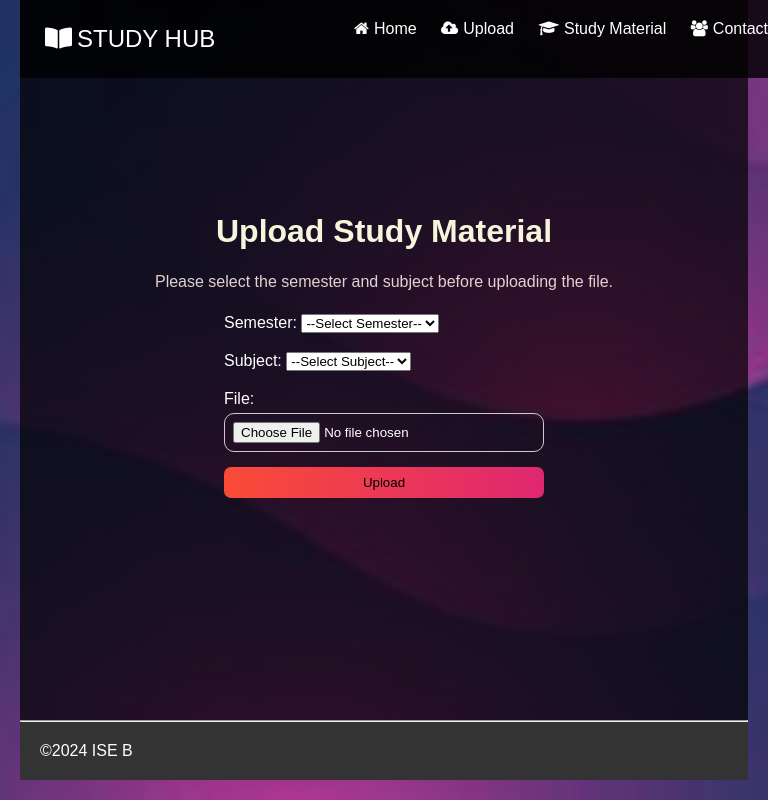
Repository: Acharya-Keerthana/Education
Page: http://localhost/upload.php
These files come from the project's save history. The page is drawn as it stood at one moment and after the next save; the edit follows.
The browser window is 768 px wide. The pictures show the whole page.
The page is run by PHP 8.4 with error messages shown; the project is at /var/www/html/.

Above is the page before, as saved 2024-04-10 11:12:52.

After the next save:
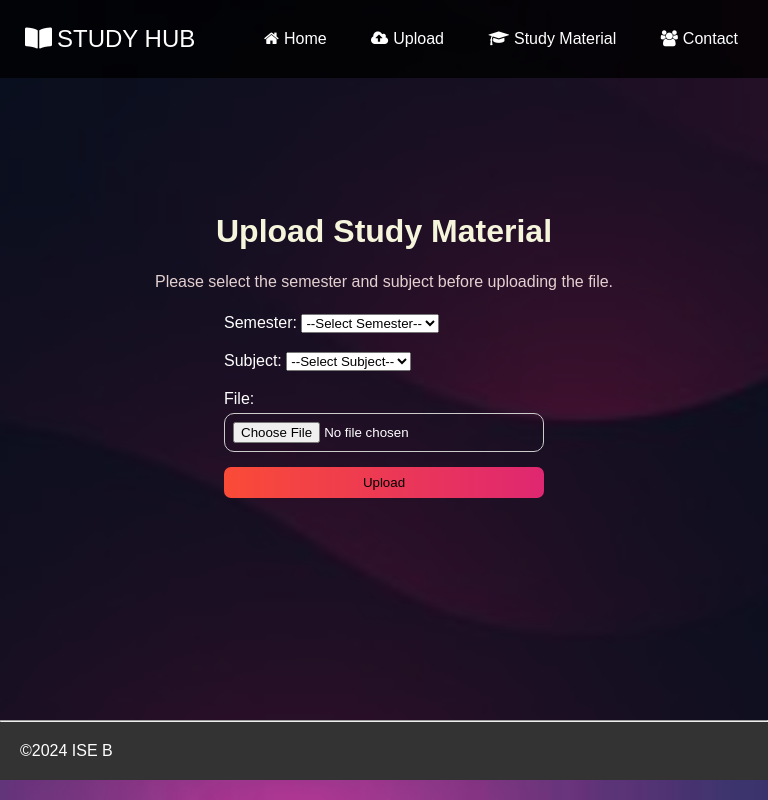
Saved 49 s later.
--- a/upload.php
+++ b/upload.php
@@ -327,61 +327,10 @@ footer p {
     margin-top: 50px;
 }
 
-@media screen and (max-width: 768px) {
-    body {
-        flex-direction: column;
-        padding: 0 20px;
-    }
-}
-
-@media screen and (max-width: 768px) {
-    .header {
-        position: relative;
-        padding: 20px 0;
-    }
-}
-
-@media screen and (max-width: 768px) {
-    .logo {
-        text-align: center;
-    }
-}
-@media screen and (max-width: 768px) {
-    nav {
-        flex-direction: column;
-        align-items: center;
-    }
-    nav a {
-        padding: 10px;
-    }
-}
-@media screen and (max-width: 768px) {
-    .content {
-        flex-direction: column;
-    }
-}
-
-.text {
-    width: calc(50% - 20px);
-    text-align: left;
-}
-
-@media screen and (max-width: 768px) {
-    .text {
-        width: 100%;
-    }
-}
-@media screen and (max-width: 768px) {
-    .image {
-        width: 100%;
-    }
-}
-@media screen and (max-width: 768px) {
-    .image img {
-        width: 100%;
-        border-radius: 0;
-    }
-}
+
+
+
+
     </style>
 </head>
 <body>
